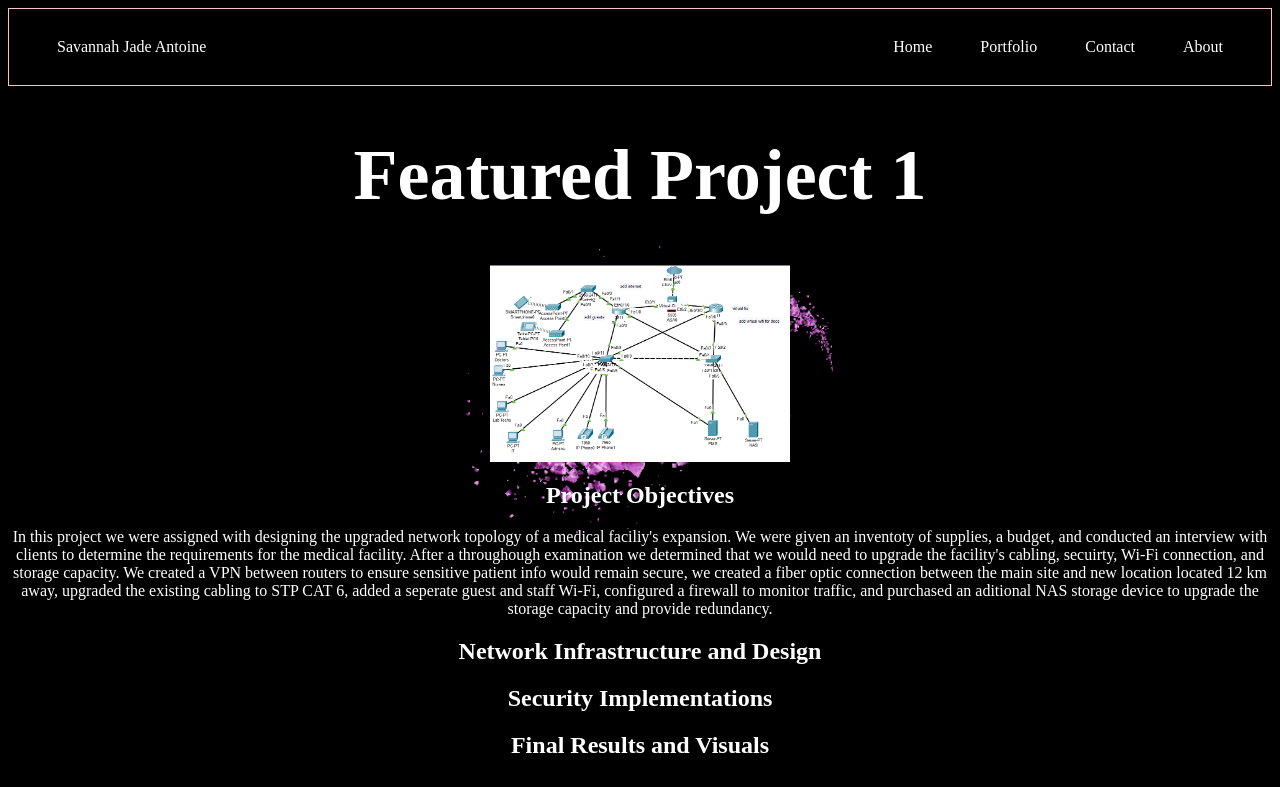
Repository: Savannah-Antoine/Savannah-Antoine
Page: pages/project-name-1.html
An editor plug-in stored every save of this project. The page is shown before and after the next save, followed by the edit.
The browser window is 1280 px wide. The pictures show the whole page.

Above is the page before, as saved 2026-05-15 15:08:15.

### pages/project-name-1.html
<!DOCTYPE html>
<html lang="en">
<head>
    <meta charset="UTF-8">
    <meta name="viewport" content="width=device-width, initial-scale=1.0">
    <link rel = "stylesheet" href = "../styles/page.css" />
    <link rel = "stylesheet" href = "../styles/globals.css" />
    <title>Document</title>
</head>
<body>
<header>
    <nav>
        <ul class = "navigation">
  <li><a href="../index.html">Home</a></li>
  <li><a href="../pages/portfolioPage.html">Portfolio</a></li>
  <li><a href="../pages/contact.html">Contact</a></li>
  <li><a href="../pages/about.asp">About</a></li>
</ul>
        <ul class = "homeButton">
           <li><a   href = "../index.html">Savannah Jade Antoine</a></li>
        </ul>
</nav>
<h1>Featured Project 1</h1>
</header>
<main class = "container">



<img src = "../assets/images/Project1.png" alt = "First Portfolio placeholder image" />
<section>
<h2>Project Objectives</h2>
    <p>In this project we were assigned with designing the upgraded network topology of a medical faciliy's expansion. We were given an inventoty of supplies, a budget, and conducted an interview with clients to determine the requirements for the medical facility. After a throughough examination we determined that we would need to upgrade the facility's cabling, secuirty, Wi-Fi connection, and storage capacity. We created a VPN between routers to ensure sensitive patient info would remain secure, we created a fiber optic connection between the main site and new location located 12 km away, upgraded the existing cabling to STP CAT 6, added a seperate guest and staff Wi-Fi, configured a firewall to monitor traffic, and purchased an aditional NAS storage device to upgrade the storage capacity and provide redundancy.
    </p>
<h2>Network Infrastructure and Design</h2>

<h2>Security Implementations</h2>


<h2>Final Results and Visuals</h2>
</section>




</main>

</body>
</html>

### styles/page.css

body h1{
    font-size: 3rem;

}

img{
    width: 300px;
    height:auto;
}

@media screen and (min-width: 768px)
{
    body h1{
    font-size: 4.5rem;
}


    .container{
          display:flex;
          flex-direction: row;
          flex-wrap: wrap;
          justify-content: center;

    }
}

@media screen and (min-width: 1000px)
{

}

### styles/globals.css
body {
    background-color: black;
  background-image: url(/assets/images/background-pic.gif);
  background-repeat: no-repeat;
  background-size: cover;
  color: white;
  font-size: 1rem;
  text-align: center;
}



.homeButton{
  order: -1;
  list-style-type: none;
  margin: 0;
  padding: 0;
  display: flex;
  justify-content: left;

}


nav {
    display: flex;
    justify-content: space-between;
    align-items: center;
    padding: 1rem 2rem;

    border: 0.1rem solid pink;
    cursor: pointer;


}



nav ul {
    display: flex;
    list-style: none;
    gap: 1rem;
    margin: 0;
    padding: 0;
}
button {
    padding: 0.7rem 1.2rem;
    background-color: transparent;
    color: white;
    border: 0.1rem solid pink;
    cursor: pointer;
    transition: all 0.3s ease;
    border-radius: 0.2rem;
    gap: 1rem;
}
button:hover {
    background-color: pink;
    color: rgb(31, 1, 31);
    transform: translateY(-3px);
    box-shadow: 0 0.3rem 1rem rgba(255, 255, 255, 0.3);
}

.infoButtons {
    display: flex;
    justify-content: center;
    gap: 1.5rem;
    margin-top: 1.4rem;
    min-width: 100px;
    padding: 0.7rem 0.9rem;
}

li a {
  display: block;
  color: white;
  padding: 0.8rem 1rem;
  text-decoration: none;
}

ul li a:hover {
 background-color: pink;
  color: rgb(31, 1, 31);
  box-shadow: 0 0.5rem 0.9rem rgba(255, 255, 255, 0.3)
}

h1{

  font-size: 4rem;
}

After the next save:
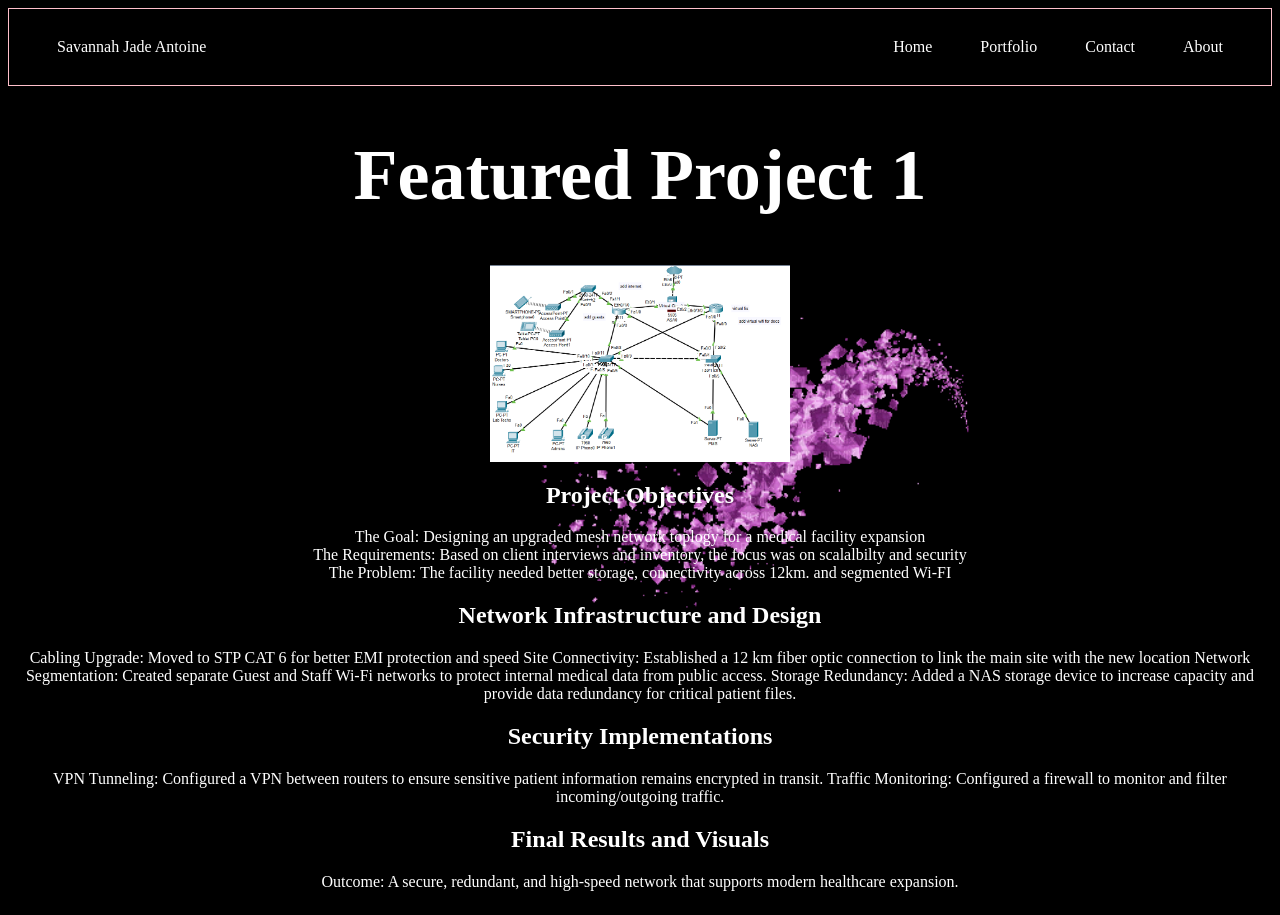
Saved 8 min 15 s later.
--- a/pages/project-name-1.html
+++ b/pages/project-name-1.html
@@ -29,14 +29,34 @@
 <img src = "../assets/images/Project1.png" alt = "First Portfolio placeholder image" />
 <section>
 <h2>Project Objectives</h2>
-    <p>In this project we were assigned with designing the upgraded network topology of a medical faciliy's expansion. We were given an inventoty of supplies, a budget, and conducted an interview with clients to determine the requirements for the medical facility. After a throughough examination we determined that we would need to upgrade the facility's cabling, secuirty, Wi-Fi connection, and storage capacity. We created a VPN between routers to ensure sensitive patient info would remain secure, we created a fiber optic connection between the main site and new location located 12 km away, upgraded the existing cabling to STP CAT 6, added a seperate guest and staff Wi-Fi, configured a firewall to monitor traffic, and purchased an aditional NAS storage device to upgrade the storage capacity and provide redundancy.
+    <p>
+        The Goal: Designing an upgraded mesh network toplogy for a medical facility expansion<br>
+        The Requirements: Based on client interviews and inventory, the focus was on scalalbilty and security<br>
+        The Problem: The facility needed better storage, connectivity across 12km. and segmented Wi-FI
     </p>
 <h2>Network Infrastructure and Design</h2>
+<p>
+    Cabling Upgrade: Moved to STP CAT 6 for better EMI protection and speed
+    Site Connectivity: Established a 12 km fiber optic connection to link the main site with the new location
+    Network Segmentation: Created separate Guest and Staff Wi-Fi networks to protect internal medical data from public access.
+     Storage Redundancy: Added a NAS storage device to increase capacity and provide data redundancy for critical patient files.
+</p>
+
 
 <h2>Security Implementations</h2>
+<p>
+VPN Tunneling: Configured a VPN between routers to ensure sensitive patient information remains encrypted in transit.
+
+Traffic Monitoring: Configured a firewall to monitor and filter incoming/outgoing traffic.
+
+</p>
 
 
 <h2>Final Results and Visuals</h2>
+
+<p>
+    Outcome: A secure, redundant, and high-speed network that supports modern healthcare expansion.
+</p>
 </section>
 
 
